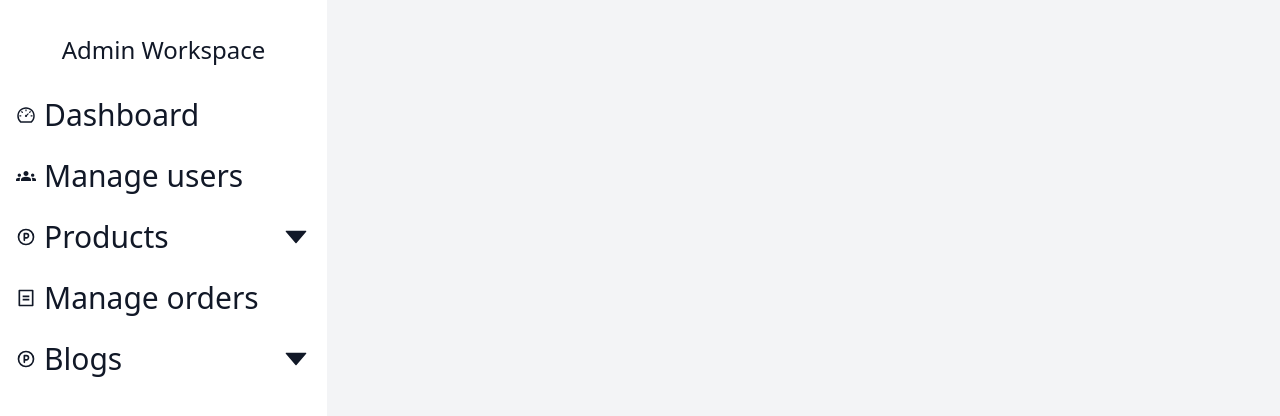
Repository: QuanggDat/Ecommerce_Rookie_NashTech
Page: /admin (app in Ecommerce_Rookie_NashTech_AdminFrontend/admin_fe/)
An editor plug-in stored every save of this project. The page is shown before and after the next save, followed by the edit.
The browser window is 1280 px wide. The pictures show the whole page.
The project was rebuilt for these pictures with package versions that can differ from the ones it lists, and the page was loaded fresh each time. Also part of the build but not shown: Ecommerce_Rookie_NashTech_AdminFrontend/admin_fe/src/pages/admin/Dashboard.js, Ecommerce_Rookie_NashTech_AdminFrontend/admin_fe/src/pages/admin/ManageProduct.js, Ecommerce_Rookie_NashTech_AdminFrontend/admin_fe/src/pages/admin/LoginScreen.js, Ecommerce_Rookie_NashTech_AdminFrontend/admin_fe/src/App.css.

Above is the page before, as saved 2024-06-02 17:02:30.

After the next save:
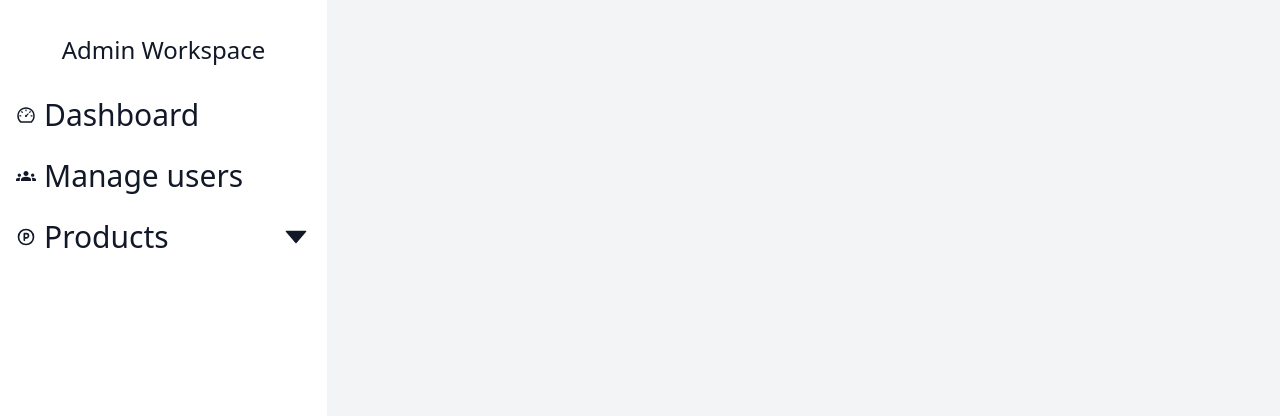
Saved 95 s later.
--- a/Ecommerce_Rookie_NashTech_AdminFrontend/admin_fe/src/utils/constants.js
+++ b/Ecommerce_Rookie_NashTech_AdminFrontend/admin_fe/src/utils/constants.js
@@ -33,27 +33,4 @@ export const adminSidebar = [
         },
       ],
     },
-    {
-      id: 4,
-      type: "SINGLE",
-      text: "Manage orders",
-      path: `/${path.ADMIN}/${path.MANAGE_ORDER}`,
-      icon: <RiBillLine size={20} />,
-    },
-    {
-      id: 31,
-      type: "PARENT",
-      text: "Blogs",
-      icon: <TbBrandProducthunt size={20} />,
-      submenu: [
-        {
-          text: "Create blog",
-          path: `/${path.ADMIN}/${path.CREATE_BLOG}`,
-        },
-        {
-          text: "Manage blogs",
-          path: `/${path.ADMIN}/${path.MANAGE_BLOGS}`,
-        },
-      ],
-    },
   ]
